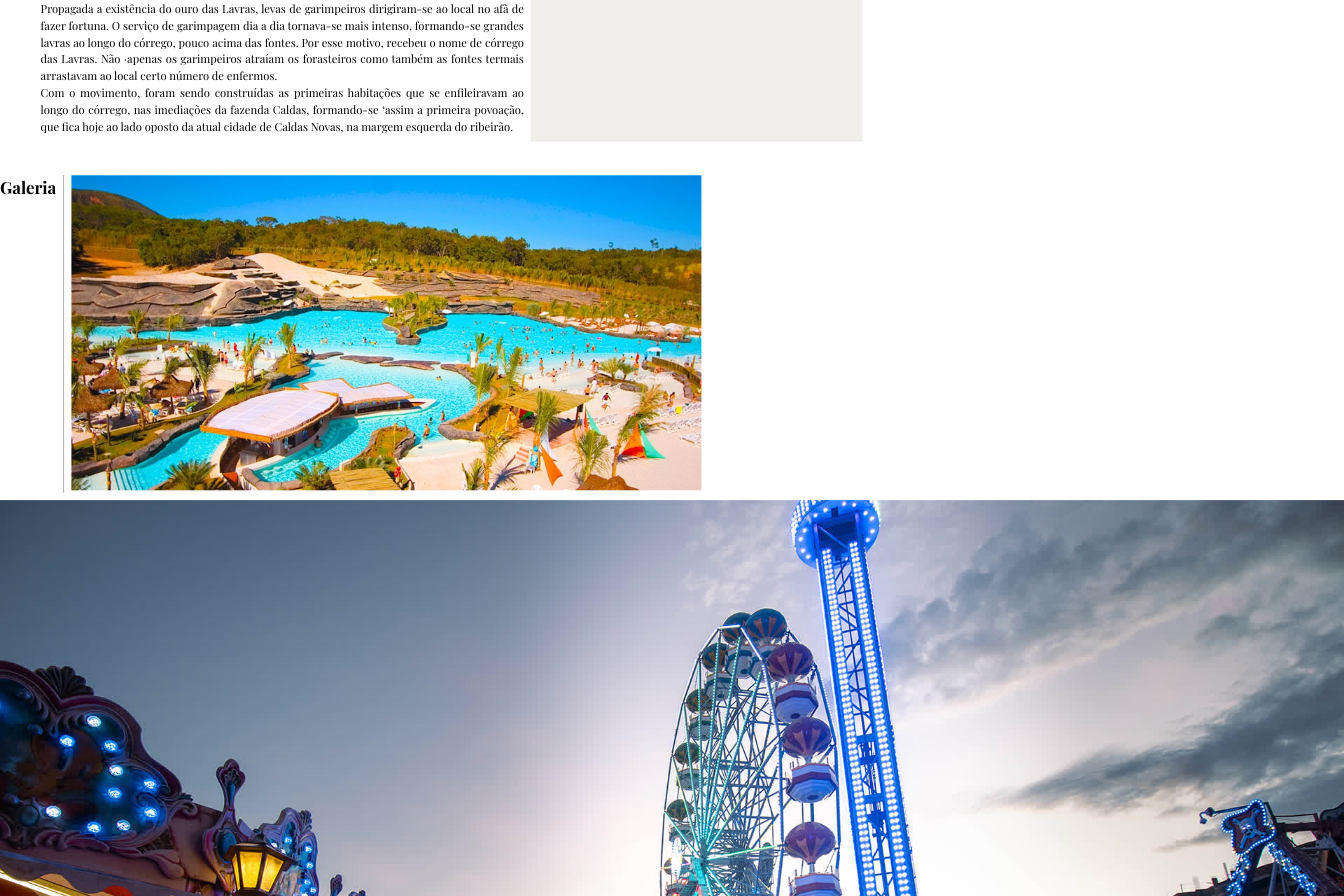
Repository: AbiezerSidonioJoseOdanacaJunior/DesafioLocalTuristico
Page: index.html
The author's editor kept a copy of each file at every save. The page is drawn from the files as they stood at one save, then again after the next save.
The browser window is 1280 px wide. The page is 1920 px wide, then 1280 px, so the pictures cover 1920 px, including what lies to the right of the window. The pictures show the part of the page from y = 809 to 2089 px (the page is 5401 px tall before and 1733 px after), at 70% of full size.
Some web fonts or font styles are not loaded; a fallback is used.

Above is the page before, as saved 2024-11-11 17:10:50.

### index.html
<!DOCTYPE html>
<html lang="pt-br">
<head>
    <link rel="preconnect" href="https://fonts.googleapis.com">
    <link rel="preconnect" href="https://fonts.gstatic.com" crossorigin>
    <meta charset="UTF-8">
    <meta name="viewport" content="width=device-width, initial-scale=1.0">
    <title>Caldas Novas</title>
    <link rel="stylesheet" href="./css/style.css">
    <link href="https://fonts.googleapis.com/css2?family=Alice&family=Playfair+Display:ital,wght@0,400..900;1,400..900&display=swap" rel="stylesheet">
</head>
<body>
    <div id="page">
        <nav>
            <!-- <img src="./img/clds.png" alt="logo Caldas novas"> -->
             <h1>Caldas Novas</h1>
            <ul>
                <li><a href="#home">Home</a></li>
                <li><a href="#history">História</a></li>
                <li><a href="#gallery">Galeria</a></li>
                <li><a href="#contact">Contato</a></li>
            </ul>
        </nav>
        <main>
            <section id="history">
                <h1>História</h1>
                <hr>
               <div id="about">
                <div id="text-history">
                    <p>Quando de sua entrada pelos sertões dos guaiases em 1722, Bartolomeu Bueno da Silva, o filho, descobriu na fralda da serra um ribeirão que mais tarde recebeu o nome de Caldas. Sendo quente suas águas, chamou-lhe a atenção, passando então a acompanhar seu curso até a nascente, que era em uma serra</p>
                    <p>Encontrando ali vestígios de ouro, contornou a serra, vindo assim a descobrir mais fontes termais para o lado do ocidente. Após encontrar o ouro, Bueno prosseguiu viagem, deixando praticamente esquecidas as águas termais, que mais tarde não deixaram de ser procuradas por doentes.</p>
                    <p>Foram essas águas que deram origem à aglomeração de lavradores, que promoveram meios de fundar uma localidade com assistência religiosa e administrativa. Esse movimento foi dirigido por Martinho Coelho de Siqueira, que requereu sesmaria e passou, por sucessão, a seu filho Antônio Coelho de Siqueira, tendo antes deixado Santa Luzia, estabelecendo-se na região, nas proximidades das Caldas de Santa Cruz.</p>
                    <p>Grande amador da arte venatória, Martinho Coelho se embrenhava pelas matas e campos à procura de caça.</p>
                    <p>Em certo dia do ano de 1777, embrenhou-se em um bosque, quando sua atenção é chamada pelos ganidos da matilha, que, no ardor da corrida haviam-se lançado em umas águas que se encontravam no caminho. Verifica, assim, serem as mesmas excessivamente quentes.</p>
                    <p>Foram, então, descobertas as fontes termais que ficaram conhecidas como Caldas de Pirapitinga. Ainda naquele mesmo ano, Martinho Coelho descobre, a 16 de fevereiro, as fontes termais que margeiam o córrego de Lavras, que receberam o nome de Caldas Novas (atualmente ali, se localiza o Balneário Municipal). Ao mesmo tempo, descobriu também ouro em abundância, sendo a razão de haver requerido sesmaria naquela região. Construindo uma propriedade à margem esquerda do córrego de Lavras, ali se estabeleceu, denominando o local de Fazenda das Caldas, dedicando-se à extração de ouro que existia em abundância.</p>
                    <p>Propagada a existência do ouro das Lavras, levas de garimpeiros dirigiram-se ao local no afã de fazer fortuna. O serviço de garimpagem dia a dia tornava-se mais intenso, formando-se grandes lavras ao longo do córrego, pouco acima das fontes. Por esse motivo, recebeu o nome de córrego das Lavras. Não ·apenas os garimpeiros atraíam os forasteiros como também as fontes termais arrastavam ao local certo número de enfermos.</p>
                    <p>Com o movimento, foram sendo construídas as primeiras habitações que se enfileiravam ao longo do córrego, nas imediações da fazenda Caldas, formando-se ‘assim a primeira povoação, que fica hoje ao lado oposto da atual cidade de Caldas Novas, na margem esquerda do ribeirão.</p>
                </div>
                <div id="image-history">
                    <img src="./img/imghistory.jpg" alt="Imagem Caldas">
                    <h2>Caldas Novas-Go</h2>
                    <p><b>Fundação:</b> 1994 </p>
                    <p><b>Aniversário:</b> 21 de Outubro </p>
                    <p><b>Gentilico:</b> calda-novense </p>
                    <p><b>População:</b> 95.183 habitantes</p>
                    <p><b>Área:</b> 1.608.523Km²</p>
                </div>
               </div>
            </section>
            <section id="gallery">
                <h2>Galeria</h2>
                <hr>
                <div class="fotos-item">
                    <img src="./img/foto1.jpg" alt=" foto caldas">
                </div>
                <div class="fotos-item">
                    <img src="./img/foto2.jpg" alt=" foto caldas">
                </div>
                <div class="fotos-item">
                    <img src="./img/foto3.jpg" alt=" foto caldas">
                </div>
                <div class="fotos-item">
                    <img src="./img/foto4.jpg" alt=" foto caldas">
                </div>
                <div class="fotos-item">
                    <img src="./img/foto5.jpg" alt=" foto caldas">
                </div>
                <div class="fotos-item">
                    <img src="./img/foto6.jpg" alt=" foto caldas">
                </div>

            </section>
        </main>
    </div>

</body>
</html>

### css/style.css
* {
    padding: 0;
    margin: 0;
    box-sizing: border-box;
}
body{
    font-family: "Playfair Display", serif;
}

nav {
    display: flex;
    background-color: #19375c;
}

nav img {
    width: 116px;
    height: 92px;
}

nav h1{
    color:#fff;
    padding: 24px;
}

ul{
    display: flex;
    padding: 24px;
    margin-left: auto;
}

ul li {
    padding: 24px;
    list-style: none;
}

ul li a {
    text-decoration: none;
    color: #fff;
}

#history {
    width: 100%;
    height: 100%;
    padding: 24px;
    box-sizing: border-box;

}

#about {
    display: flex;
    width: 100%;
    max-width: 100vw;
    overflow-x: hidden;;
    padding: 24px;
}

#text-history {
    flex: 0 0 60%;
    padding: 10px;
    text-align: justify;
    line-height: 24px;
}

#image-history {
    flex: 0 0 40%; /* Ocupa 25% da largura */
    padding: 10px;
    background-color: #efeeeb;
}

#image-history img {
    max-width: 100%;
    height: auto;
    padding: 16px;
}
#image-history p{
    line-height: 32px;
    padding-left: 16px;
}

#gallery{
    display: flex;
    flex-wrap: wrap; /* Permite que os itens "quebrem" para novas linhas */
    gap: 10px; /* Espaço entre as imagens */
    max-width: 100%;
    jusify-content: space-between;
}

.fotos-item {
    flex: 0 0 calc(33.33% - 10px); /* Cada item ocupa 1/3 da linha menos o espaço do gap */
    box-sizing: border-box;
}

.fotos img {
    width: 100%; /* Faz com que a imagem ocupe toda a largura do contêiner */
    height: auto;
    border-radius: 8px; /* Opcional: adiciona bordas arredondadas */
}

After the next save:
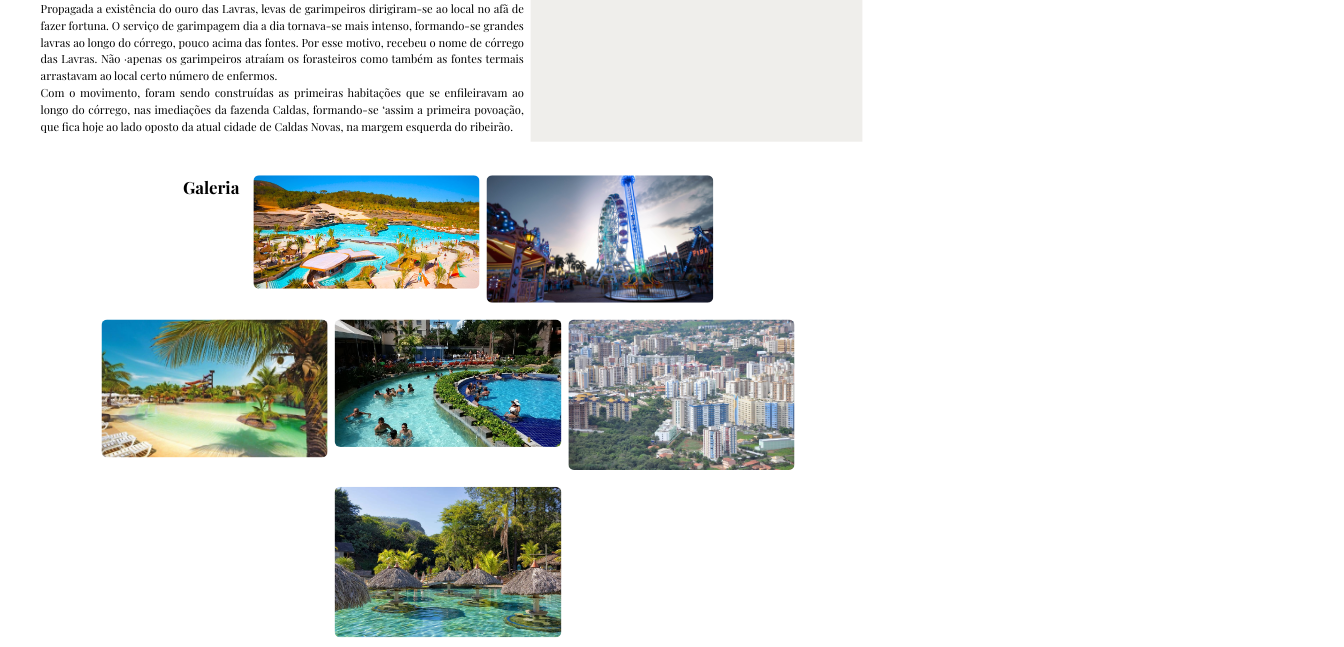
Saved 96 s later.
--- a/css/style.css
+++ b/css/style.css
@@ -77,21 +77,37 @@
     padding-left: 16px;
 }
 
-#gallery{
-    display: flex;
-    flex-wrap: wrap; /* Permite que os itens "quebrem" para novas linhas */
-    gap: 10px; /* Espaço entre as imagens */
-    max-width: 100%;
-    jusify-content: space-between;
+#gallery {
+    max-width: 1000px; /* Define uma largura máxima para centralizar o conteúdo */
+    margin: 0 auto; /* Centraliza a galeria na página */
+    text-align: center;
 }
 
-.fotos-item {
-    flex: 0 0 calc(33.33% - 10px); /* Cada item ocupa 1/3 da linha menos o espaço do gap */
-    box-sizing: border-box;
+#gallery h2 {
+    font-size: 24px;
+    margin-bottom: 10px;
 }
 
-.fotos img {
-    width: 100%; /* Faz com que a imagem ocupe toda a largura do contêiner */
+#gallery hr {
+    margin: 10px 0 20px;
+    border: none;
+    border-top: 2px solid #ddd;
+}
+
+#gallery .fotos-item {
+    flex: 0 0 calc(33.33% - 10px); /* Cada item ocupa aproximadamente 1/3 da linha */
+    margin-bottom: 10px;
+}
+
+#gallery img {
+    width: 100%; /* Faz a imagem ocupar toda a largura do contêiner */
     height: auto;
-    border-radius: 8px; /* Opcional: adiciona bordas arredondadas */
+    border-radius: 8px; /* Opcional: bordas arredondadas */
 }
+
+#gallery {
+    display: flex;
+    flex-wrap: wrap; /* Permite que as imagens quebrem para novas linhas */
+    gap: 10px; /* Espaço entre as imagens */
+    justify-content: center; /* Centraliza as colunas na galeria */
+}
